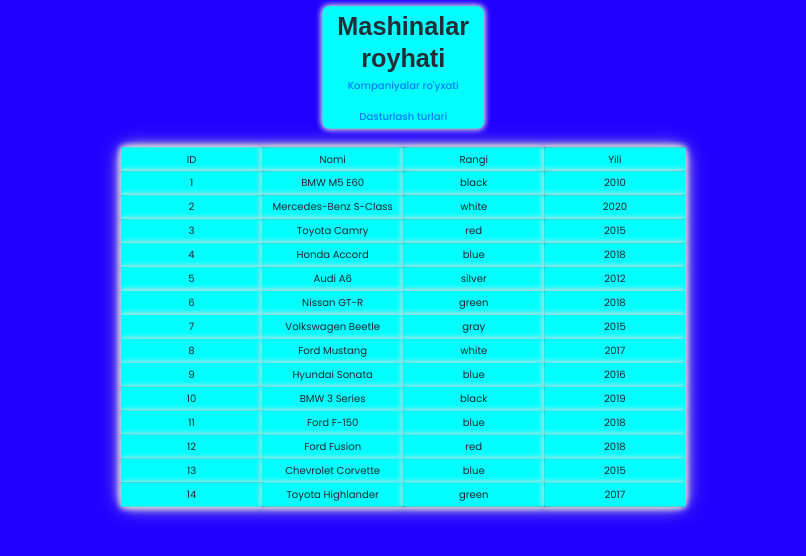
Repository: maqsudov0371/vazifa
Page: http://localhost/
The author's editor kept a copy of each file at every save. The page is drawn from the files as they stood at one save, then again after a run of saves.
The browser window is 1280 px wide. The pictures show the whole page, at 63% of full size.
Some web fonts or font styles are not loaded; a fallback is used. The page is served by the project's application, run on Django 5.2 (manage.py). Other server files are loaded and not shown.

Above is the page before, as saved 2024-07-21 12:47:18.

### templates/blog.html
<!doctype html>
<html lang="en">
<head>
    <meta charset="UTF-8">
    <meta name="viewport"
          content="width=device-width, user-scalable=no, initial-scale=1.0, maximum-scale=1.0, minimum-scale=1.0">
    <meta http-equiv="X-UA-Compatible" content="ie=edge">
    <title>MY LISTS</title>
    <link rel="stylesheet" href="style.css">

    <style>

/* Cascading style sheets */
body{
    background: rgb(34, 0, 255);
}

div{
    width: 20%;
    margin: 10px auto;
    background-color: aqua;
    text-align: center;
    padding: 7px;
    border-radius: 10px;
    box-shadow: 0px 0px 10px silver, 0px 0px 10px white, 0px 0px 1px black;
}

/* a{
    width: 15%;
    margin: 10px  auto;
    background-color: aqua;
    text-align: center;
    padding: 7px;
    box-shadow: 0px 0px 10px silver, 0px 0px 10px white, 0px 0px 1px black;
    border-radius: 10px;
} */


table{
    width:50%;
    margin: 20px auto;

}
td{
    width: 20%;
    margin: 30px auto;
    background-color: aqua;
    text-align: center;
    padding: 7px;
    box-shadow: 0px 0px 10px silver, 0px 0px 10px white, 0px 0px 1px black;
}


table{
    width: 70%;
    margin: 30px auto;
    background-color: aqua;
    text-align: center;
    padding: 25px;
    border-radius: 15px;
    box-shadow: 0 0 30px silver, 0 0 15px white;
}

input{
    height: 25px;
    margin: 15px;
}

    </style>


</head>
<body>
    <div class="register">
        <h1>{{ list }}</h1>
        <ul class="navbar-nav mx-auto">
            <li class="navbar-nav mx-auto">
                <a href="http://127.0.0.1:8000/register/">Kompaniyalar ro'yxati</a>
            </li>
            <br>
            <li class="nav-item">
                <a href="http://127.0.0.1:8000/login">Dasturlash turlari</a>
            </li>
        </ul>
    </div>

<table >
    <thead>
        <tr>
            <td>ID</td>
            <td>Nomi</td>
            <td>Rangi</td>
            <td>Yili</td>
        </tr>
    </thead>
    <tbody>
        {% for car in cars %}
    <tr>
        <td>{{ car.id }}</td>
        <td>{{ car.name }}</td>
        <td>{{ car.color }}</td>
        <td>{{ car.year }}</td>
    </tr>
    {% endfor %}
    </tbody>
</table>
<br>
<br>




</body>
</html>

### main/views.py
from django.shortcuts import render


def blogs(request):
    cars = [
        {'id': 1 ,'name': 'BMW M5 E60', 'color': 'black', 'year': '2010'},
        {'id': 2, 'name': 'Mercedes-Benz S-Class', 'color': 'white', 'year': '2020'},
        {'id': 3, 'name': 'Toyota Camry', 'color': 'red', 'year': '2015'},
        {'id': 4, 'name': 'Honda Accord', 'color': 'blue', 'year': '2018'},
        {'id': 5, 'name': 'Audi A6', 'color': 'silver', 'year': '2012'},
        {'id': 6, 'name': 'Nissan GT-R', 'color': 'green', 'year': '2018'},
        {'id': 7, 'name': 'Volkswagen Beetle', 'color': 'gray', 'year': '2015'},
        {'id': 8, 'name': 'Ford Mustang', 'color': 'white', 'year': '2017'},
        {'id': 9, 'name': 'Hyundai Sonata', 'color': 'blue', 'year': '2016'},
        {'id': 10, 'name': 'BMW 3 Series', 'color': 'black', 'year': '2019'},
        {'id': 11, 'name': 'Ford F-150', 'color': 'blue', 'year': '2018'},
        {'id': 12, 'name': 'Ford Fusion', 'color': 'red', 'year': '2018'},
        {'id': 13, 'name': 'Chevrolet Corvette', 'color': 'blue', 'year': '2015'},
        {'id': 14, 'name': 'Toyota Highlander', 'color': 'green', 'year': '2017'},

        ]
    context = {
        'list':'Mashinalar royhati',
        'cars': cars
    }
    return render(request, 'blog.html', context)


def register(request):
    companys = [
        {'id': 1, 'name': 'Tesla', 'year': '2003', 'popular': 'cars'},
        {'id': 2, 'name': 'Google', 'year': '1998', 'popular': 'search engine'},
        {'id': 3, 'name': 'Facebook', 'year': '2004', 'popular': 'social media'},
        {'id': 4, 'name': 'Instagram', 'year': '2010', 'popular': 'photo sharing'},
        {'id': 5, 'name': 'Amazon', 'year': '1994', 'popular': 'e-commerce'},
        {'id': 6, 'name': 'Netflix', 'year': '1997', 'popular': 'movies'},
        {'id': 7, 'name': 'YouTube', 'year': '2005', 'popular': 'video sharing'},
        {'id': 8, 'name': 'Apple', 'year': '2009', 'popular': 'phone'},
        {'id': 9, 'name': 'Microsoft', 'year': '1975', 'popular': 'software'},
        {'id': 10, 'name': 'Twitter', 'year': '2006', 'popular': 'social media'},
        {'id': 11, 'name': 'Pinterest', 'year': '2010', 'popular': 'social media'},


    ]
    context = {
        'list2':'Kompaniyalar royxati',
        'companys': companys
    }
    return render(request, 'register.html', context)


def login(request):
    programming = [
        {'id': 1, 'name': 'Python', 'creator':'Guido van Rossum', 'year': '1991'},
        {'id': 2, 'name': 'Java', 'creator':'James Gosling', 'year': '1995'},
        {'id': 3, 'name': 'C++', 'creator':'Bjarne Stroustrup', 'year': '1985'},
        {'id': 4, 'name': 'C#', 'creator':'Scott Meyers', 'year': '2000'},
        {'id': 5, 'name': 'JavaScript', 'creator':'Brendan Eich', 'year': '1995'},
        {'id': 6, 'name': 'Ruby', 'creator':'Yukihiro Matsumoto', 'year': '1995'},
        {'id': 7, 'name': 'Go', 'creator':'Markus Teusch', 'year': '2009'},
        {'id': 8, 'name': 'Swift', 'creator':'Apple Inc.', 'year': '2014'},
        {'id': 9, 'name': 'Kotlin', 'creator':'JetBrains', 'year': '2011'},
        {'id': 10, 'name': 'Rust', 'creator':'Takeru Ishizuka', 'year': '2010'},
        {'id': 11, 'name': 'Delphi', 'creator':'Alexey Kuznetsov', 'year': '1995'}
    ]
    context = {
        'list3':'Dasturlash turlari',
        'programming': programming
    }
    return render(request, 'login.html', context)


def products(request):
    return render(request, 'product.html')

### Blog/urls.py
"""
URL configuration for Blog project.

The `urlpatterns` list routes URLs to views. For more information please see:
    https://docs.djangoproject.com/en/5.0/topics/http/urls/
Examples:
Function views
    1. Add an import:  from my_app import views
    2. Add a URL to urlpatterns:  path('', views.home, name='home')
Class-based views
    1. Add an import:  from other_app.views import Home
    2. Add a URL to urlpatterns:  path('', Home.as_view(), name='home')
Including another URLconf
    1. Import the include() function: from django.urls import include, path
    2. Add a URL to urlpatterns:  path('blog/', include('blog.urls'))
"""
from django.contrib import admin
from django.urls import path, include
from django.conf.urls.static import static
from django.conf import settings

urlpatterns = [
    path('admin/', admin.site.urls),
    path('', include('main.urls'))
]+static(settings.MEDIA_URL, document_root=settings.MEDIA_ROOT)

### main/urls.py
from django.urls import path, include
from . import views

urlpatterns = [
    path('', views.blogs, name='index'),
    path('register/', views.register, name='register'),
    path('login/', views.login, name='login'),
    path('products/', views.products, name='products'),
]

### static/css/others/pe-icon-7-stroke.css
@font-face {
	font-family: 'Pe-icon-7-stroke';
	src:url('../../fonts/Pe-icon-7-stroke.eot?d7yf1v');
	src:url('../../fonts/Pe-icon-7-stroke.eot?#iefixd7yf1v') format('embedded-opentype'),
		url('../../fonts/Pe-icon-7-stroke.woff?d7yf1v') format('woff'),
		url('../../fonts/Pe-icon-7-stroke.ttf?d7yf1v') format('truetype'),
		url('../../fonts/Pe-icon-7-stroke.svg?d7yf1v#Pe-icon-7-stroke') format('svg');
	font-weight: normal;
	font-style: normal;
}

[class^="pe-7s-"], [class*=" pe-7s-"] {
	display: inline-block;
	font-family: 'Pe-icon-7-stroke';
	speak: none;
	font-style: normal;
	font-weight: normal;
	font-variant: normal;
	text-transform: none;
	line-height: 1;

	/* Better Font Rendering =========== */
	-webkit-font-smoothing: antialiased;
	-moz-osx-font-smoothing: grayscale;
}

.pe-7s-album:before {
	content: "\e6aa";
}
.pe-7s-arc:before {
	content: "\e6ab";
}
.pe-7s-back-2:before {
	content: "\e6ac";
}
.pe-7s-bandaid:before {
	content: "\e6ad";
}
.pe-7s-car:before {
	content: "\e6ae";
}
.pe-7s-diamond:before {
	content: "\e6af";
}
.pe-7s-door-lock:before {
	content: "\e6b0";
}
.pe-7s-eyedropper:before {
	content: "\e6b1";
}
.pe-7s-female:before {
	content: "\e6b2";
}
.pe-7s-gym:before {
	content: "\e6b3";
}
.pe-7s-hammer:before {
	content: "\e6b4";
}
.pe-7s-headphones:before {
	content: "\e6b5";
}
.pe-7s-helm:before {
	content: "\e6b6";
}
.pe-7s-hourglass:before {
	content: "\e6b7";
}
.pe-7s-leaf:before {
	content: "\e6b8";
}
.pe-7s-magic-wand:before {
	content: "\e6b9";
}
.pe-7s-male:before {
	content: "\e6ba";
}
.pe-7s-map-2:before {
	content: "\e6bb";
}
.pe-7s-next-2:before {
	content: "\e6bc";
}
.pe-7s-paint-bucket:before {
	content: "\e6bd";
}
.pe-7s-pendrive:before {
	content: "\e6be";
}
.pe-7s-photo:before {
	content: "\e6bf";
}
.pe-7s-piggy:before {
	content: "\e6c0";
}
.pe-7s-plugin:before {
	content: "\e6c1";
}
.pe-7s-refresh-2:before {
	content: "\e6c2";
}
.pe-7s-rocket:before {
	content: "\e6c3";
}
.pe-7s-settings:before {
	content: "\e6c4";
}
.pe-7s-shield:before {
	content: "\e6c5";
}
.pe-7s-smile:before {
	content: "\e6c6";
}
.pe-7s-usb:before {
	content: "\e6c7";
}
.pe-7s-vector:before {
	content: "\e6c8";
}
.pe-7s-wine:before {
	content: "\e6c9";
}
.pe-7s-cloud-upload:before {
	content: "\e68a";
}
.pe-7s-cash:before {
	content: "\e68c";
}
.pe-7s-close:before {
	content: "\e680";
}
.pe-7s-bluetooth:before {
	content: "\e68d";
}
.pe-7s-cloud-download:before {
	content: "\e68b";
}
.pe-7s-way:before {
	content: "\e68e";
}
.pe-7s-close-circle:before {
	content: "\e681";
}
.pe-7s-id:before {
	content: "\e68f";
}
.pe-7s-angle-up:before {
	content: "\e682";
}
.pe-7s-wristwatch:before {
	content: "\e690";
}
.pe-7s-angle-up-circle:before {
	content: "\e683";
}
.pe-7s-world:before {
	content: "\e691";
}
.pe-7s-angle-right:before {
	content: "\e684";
}
.pe-7s-volume:before {
	content: "\e692";
}
.pe-7s-angle-right-circle:before {
	content: "\e685";
}
.pe-7s-users:before {
	content: "\e693";
}
.pe-7s-angle-left:before {
	content: "\e686";
}
.pe-7s-user-female:before {
	content: "\e694";
}
.pe-7s-angle-left-circle:before {
	content: "\e687";
}
.pe-7s-up-arrow:before {
	content: "\e695";
}
.pe-7s-angle-down:before {
	content: "\e688";
}
.pe-7s-switch:before {
	content: "\e696";
}
.pe-7s-angle-down-circle:before {
	content: "\e689";
}
.pe-7s-scissors:before {
	content: "\e697";
}
.pe-7s-wallet:before {
	content: "\e600";
}
.pe-7s-safe:before {
	content: "\e698";
}
.pe-7s-volume2:before {
	content: "\e601";
}
.pe-7s-volume1:before {
	content: "\e602";
}
.pe-7s-voicemail:before {
	content: "\e603";
}
.pe-7s-video:before {
	content: "\e604";
}
.pe-7s-user:before {
	content: "\e605";
}
.pe-7s-upload:before {
	content: "\e606";
}
.pe-7s-unlock:before {
	content: "\e607";
}
.pe-7s-umbrella:before {
	content: "\e608";
}
.pe-7s-trash:before {
	content: "\e609";
}
.pe-7s-tools:before {
	content: "\e60a";
}
.pe-7s-timer:before {
	content: "\e60b";
}
.pe-7s-ticket:before {
	content: "\e60c";
}
.pe-7s-target:before {
	content: "\e60d";
}
.pe-7s-sun:before {
	content: "\e60e";
}
.pe-7s-study:before {
	content: "\e60f";
}
.pe-7s-stopwatch:before {
	content: "\e610";
}
.pe-7s-star:before {
	content: "\e611";
}
.pe-7s-speaker:before {
	content: "\e612";
}
.pe-7s-signal:before {
	content: "\e613";
}
.pe-7s-shuffle:before {
	content: "\e614";
}
.pe-7s-shopbag:before {
	content: "\e615";
}
.pe-7s-share:before {
	content: "\e616";
}
.pe-7s-server:before {
	content: "\e617";
}
.pe-7s-search:before {
	content: "\e618";
}
.pe-7s-film:before {
	content: "\e6a5";
}
.pe-7s-science:before {
	content: "\e619";
}
.pe-7s-disk:before {
	content: "\e6a6";
}
.pe-7s-ribbon:before {
	content: "\e61a";
}
.pe-7s-repeat:before {
	content: "\e61b";
}
.pe-7s-refresh:before {
	content: "\e61c";
}
.pe-7s-add-user:before {
	content: "\e6a9";
}
.pe-7s-refresh-cloud:before {
	content: "\e61d";
}
.pe-7s-paperclip:before {
	content: "\e69c";
}
.pe-7s-radio:before {
	content: "\e61e";
}
.pe-7s-note2:before {
	content: "\e69d";
}
.pe-7s-print:before {
	content: "\e61f";
}
.pe-7s-network:before {
	content: "\e69e";
}
.pe-7s-prev:before {
	content: "\e620";
}
.pe-7s-mute:before {
	content: "\e69f";
}
.pe-7s-power:before {
	content: "\e621";
}
.pe-7s-medal:before {
	content: "\e6a0";
}
.pe-7s-portfolio:before {
	content: "\e622";
}
.pe-7s-like2:before {
	content: "\e6a1";
}
.pe-7s-plus:before {
	content: "\e623";
}
.pe-7s-left-arrow:before {
	content: "\e6a2";
}
.pe-7s-play:before {
	content: "\e624";
}
.pe-7s-key:before {
	content: "\e6a3";
}
.pe-7s-plane:before {
	content: "\e625";
}
.pe-7s-joy:before {
	content: "\e6a4";
}
.pe-7s-photo-gallery:before {
	content: "\e626";
}
.pe-7s-pin:before {
	content: "\e69b";
}
.pe-7s-phone:before {
	content: "\e627";
}
.pe-7s-plug:before {
	content: "\e69a";
}
.pe-7s-pen:before {
	content: "\e628";
}
.pe-7s-right-arrow:before {
	content: "\e699";
}
.pe-7s-paper-plane:before {
	content: "\e629";
}
.pe-7s-delete-user:before {
	content: "\e6a7";
}
.pe-7s-paint:before {
	content: "\e62a";
}
.pe-7s-bottom-arrow:before {
	content: "\e6a8";
}
.pe-7s-notebook:before {
	content: "\e62b";
}
.pe-7s-note:before {
	content: "\e62c";
}
.pe-7s-next:before {
	content: "\e62d";
}
.pe-7s-news-paper:before {
	content: "\e62e";
}
.pe-7s-musiclist:before {
	content: "\e62f";
}
.pe-7s-music:before {
	content: "\e630";
}
.pe-7s-mouse:before {
	content: "\e631";
}
.pe-7s-more:before {
	content: "\e632";
}
.pe-7s-moon:before {
	content: "\e633";
}
.pe-7s-monitor:before {
	content: "\e634";
}
.pe-7s-micro:before {
	content: "\e635";
}
.pe-7s-menu:before {
	content: "\e636";
}
.pe-7s-map:before {
	content: "\e637";
}
.pe-7s-map-marker:before {
	content: "\e638";
}
.pe-7s-mail:before {
	content: "\e639";
}
.pe-7s-mail-open:before {
	content: "\e63a";
}
.pe-7s-mail-open-file:before {
	content: "\e63b";
}
.pe-7s-magnet:before {
	content: "\e63c";
}
.pe-7s-loop:before {
	content: "\e63d";
}
.pe-7s-look:before {
	content: "\e63e";
}
.pe-7s-lock:before {
	content: "\e63f";
}
.pe-7s-lintern:before {
	content: "\e640";
}
.pe-7s-link:before {
	content: "\e641";
}
.pe-7s-like:before {
	content: "\e642";
}
.pe-7s-light:before {
	content: "\e643";
}
.pe-7s-less:before {
	content: "\e644";
}
.pe-7s-keypad:before {
	content: "\e645";
}
.pe-7s-junk:before {
	content: "\e646";
}
.pe-7s-info:before {
	content: "\e647";
}
.pe-7s-home:before {
	content: "\e648";
}
.pe-7s-help2:before {
	content: "\e649";
}
.pe-7s-help1:before {
	content: "\e64a";
}
.pe-7s-graph3:before {
	content: "\e64b";
}
.pe-7s-graph2:before {
	content: "\e64c";
}
.pe-7s-graph1:before {
	content: "\e64d";
}
.pe-7s-graph:before {
	content: "\e64e";
}
.pe-7s-global:before {
	content: "\e64f";
}
.pe-7s-gleam:before {
	content: "\e650";
}
.pe-7s-glasses:before {
	content: "\e651";
}
.pe-7s-gift:before {
	content: "\e652";
}
.pe-7s-folder:before {
	content: "\e653";
}
.pe-7s-flag:before {
	content: "\e654";
}
.pe-7s-filter:before {
	content: "\e655";
}
.pe-7s-file:before {
	content: "\e656";
}
.pe-7s-expand1:before {
	content: "\e657";
}
.pe-7s-exapnd2:before {
	content: "\e658";
}
.pe-7s-edit:before {
	content: "\e659";
}
.pe-7s-drop:before {
	content: "\e65a";
}
.pe-7s-drawer:before {
	content: "\e65b";
}
.pe-7s-download:before {
	content: "\e65c";
}
.pe-7s-display2:before {
	content: "\e65d";
}
.pe-7s-display1:before {
	content: "\e65e";
}
.pe-7s-diskette:before {
	content: "\e65f";
}
.pe-7s-date:before {
	content: "\e660";
}
.pe-7s-cup:before {
	content: "\e661";
}
.pe-7s-culture:before {
	content: "\e662";
}
.pe-7s-crop:before {
	content: "\e663";
}
.pe-7s-credit:before {
	content: "\e664";
}
.pe-7s-copy-file:before {
	content: "\e665";
}
.pe-7s-config:before {
	content: "\e666";
}
.pe-7s-compass:before {
	content: "\e667";
}
.pe-7s-comment:before {
	content: "\e668";
}
.pe-7s-coffee:before {
	content: "\e669";
}
.pe-7s-cloud:before {
	content: "\e66a";
}
.pe-7s-clock:before {
	content: "\e66b";
}
.pe-7s-check:before {
	content: "\e66c";
}
.pe-7s-chat:before {
	content: "\e66d";
}
.pe-7s-cart:before {
	content: "\e66e";
}
.pe-7s-camera:before {
	content: "\e66f";
}
.pe-7s-call:before {
	content: "\e670";
}
.pe-7s-calculator:before {
	content: "\e671";
}
.pe-7s-browser:before {
	content: "\e672";
}
.pe-7s-box2:before {
	content: "\e673";
}
.pe-7s-box1:before {
	content: "\e674";
}
.pe-7s-bookmarks:before {
	content: "\e675";
}
.pe-7s-bicycle:before {
	content: "\e676";
}
.pe-7s-bell:before {
	content: "\e677";
}
.pe-7s-battery:before {
	content: "\e678";
}
.pe-7s-ball:before {
	content: "\e679";
}
.pe-7s-back:before {
	content: "\e67a";
}
.pe-7s-attention:before {
	content: "\e67b";
}
.pe-7s-anchor:before {
	content: "\e67c";
}
.pe-7s-albums:before {
	content: "\e67d";
}
.pe-7s-alarm:before {
	content: "\e67e";
}
.pe-7s-airplay:before {
	content: "\e67f";
}

### templates/product.html
<!DOCTYPE html>
<html lang="en">
<head>
    <link rel="stylesheet" href="https://cdn.jsdelivr.net/npm/bootstrap@4.6.2/dist/css/bootstrap.min.css" integrity="sha384-xOolHFLEh07PJGoPkLv1IbcEPTNtaed2xpHsD9ESMhqIYd0nLMwNLD69Npy4HI+N" crossorigin="anonymous">
    <meta charset="UTF-8">
    <meta name="viewport" content="width=device-width, initial-scale=1.0">
    <title>Document</title>

    <style>

    </style>
</head>
<body>
    <nav class="navbar navbar-expand-lg navbar-dark bg-dark">
        <a class="navbar-brand" href="#">Navbar</a>
        <button class="navbar-toggler" type="button" data-toggle="collapse" data-target="#navbarSupportedContent" aria-controls="navbarSupportedContent" aria-expanded="false" aria-label="Toggle navigation">
          <span class="navbar-toggler-icon"></span>
        </button>

        <div class="collapse navbar-collapse" id="navbarSupportedContent">
          <ul class="navbar-nav mr-auto">
            <li class="nav-item active">
              <a class="nav-link" href="http://127.0.0.1:8000">Home <span class="sr-only">(current)</span></a>
            </li>
            <li class="nav-item">
              <a class="nav-link" href="http://127.0.0.1:8000/login">Link</a>
            </li>
            <li class="nav-item">
              <a class="nav-link " href="http://127.0.0.1:8000/register/">Disabled</a>
            </li>
          </ul>
          <form class="form-inline my-2 my-lg-0">
            <input class="form-control mr-sm-2" type="text" placeholder="Search" aria-label="Search">
            <button id="btn" class="btn btn-outline-success my-2 my-sm-0" type="submit">Search</button>
          </form>
        </div>
      </nav>

      <div class="container">
        <div class="row">

            {% for i in '12345678' %}
            <div class="col-md-4 bg-dark  p-5">
                <div class="card">
                    <img class="card-img-top" src="data:[embedded picture, 5783 characters]" alt="Card image cap">
                    <div class="card-body">
                      <h4 class="card-title">Card title</h4>
                      <p class="card-text">
                        Some quick example text to build on the card title
                        and make up the bulk of the card's content.
                      </p>
                      <a href="#" class="btn btn-primary">Go somewhere</a>
                    </div>
                  </div>

            </div>
            {% endfor %}
        </div>
      </div>


<script>

document.getElementById('btn').addEventListener('click', function(){
    alert('You clicked')
})

</script>

</body>
</html>

Loaded but not shown: static/css/bootstrap/bootstrap.min.css (library); static/css/others/animate.css (library); static/css/others/magnific-popup.css (library); static/css/others/meanmenu.min.css (common file); static/css/others/owl.carousel.min.css (common file); static/css/others/font-awesome.min.css (library); static/style.css (1489 lines, source omitted)

After the next 2 saves:
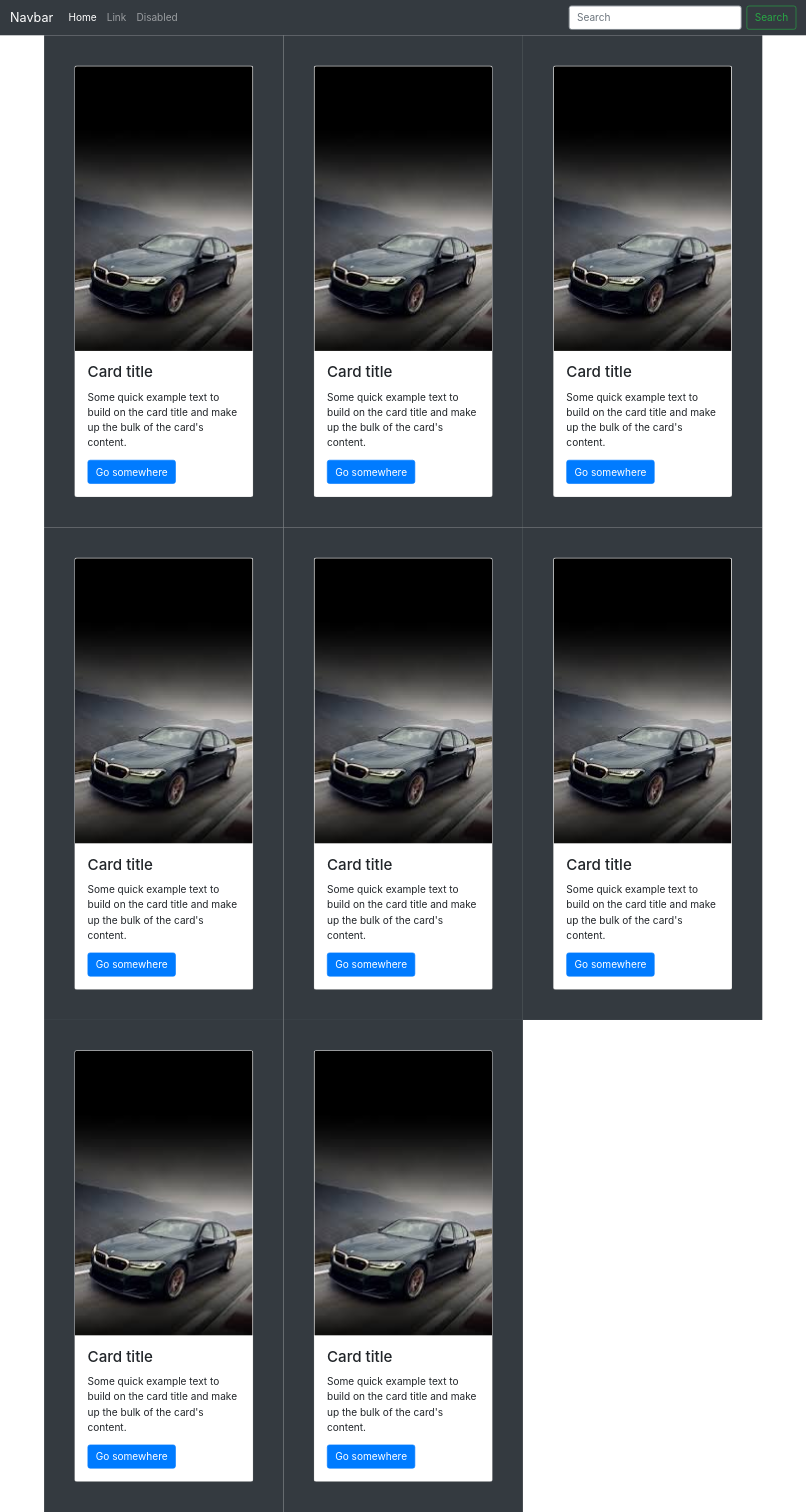
The 2 saves are shown as one change because they came seconds apart.
The last was saved 7 s later.
--- a/main/urls.py
+++ b/main/urls.py
@@ -2,7 +2,7 @@
 from . import views
 
 urlpatterns = [
-    path('', views.blogs, name='index'),
+    path('', views.products, name='index'),
     path('register/', views.register, name='register'),
     path('login/', views.login, name='login'),
     path('products/', views.products, name='products'),
